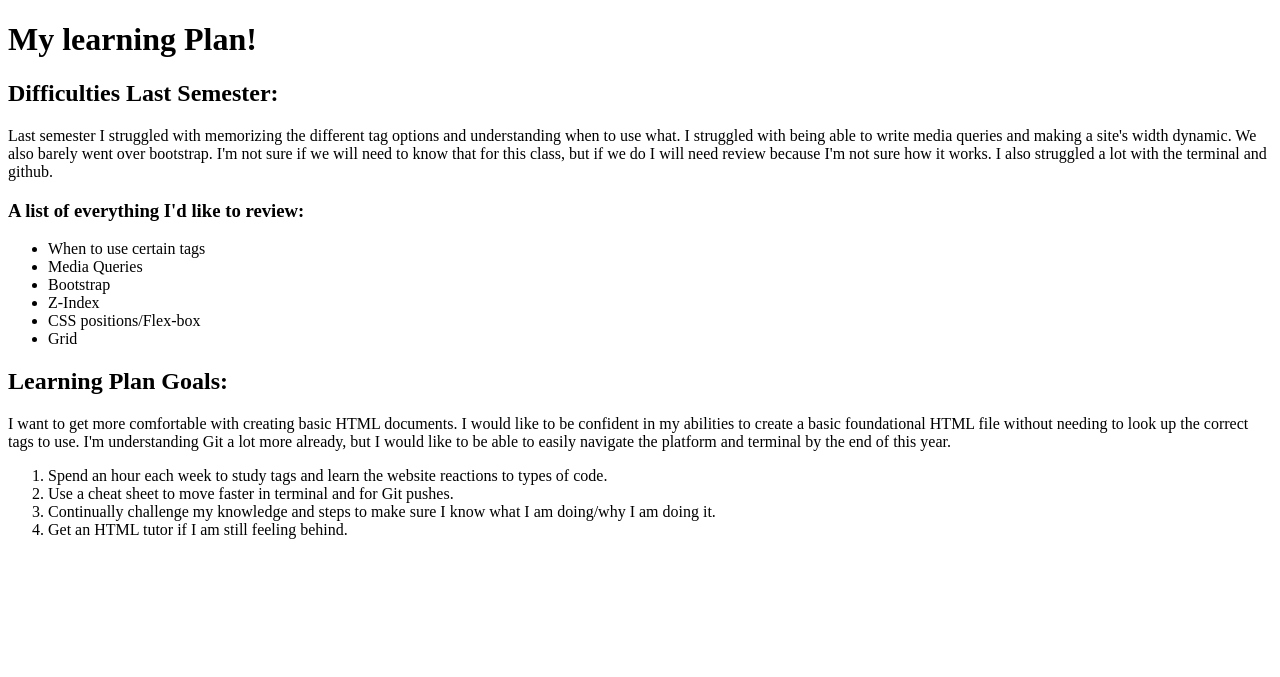
Repository: awollf/mdia-2109
Page: learning-plan.html
These files come from the project's save history. The page is drawn as it stood at one moment and after the next save; the edit follows.
The browser window is 1280 px wide. The pictures show the whole page.

Above is the page before, as saved 2026-01-26 12:05:48.

### learning-plan.html
<!DOCTYPE html>
<html lang="en">
<head>
    <meta charset="UTF-8">
    <meta name="viewport" content="width=device-width, initial-scale=1.0">
    <title>Learning Plan</title>
</head>
<body>
    <h1>My learning Plan!</h1>

    <h2>Difficulties Last Semester:</h2>
    <p>Last semester I struggled with memorizing the different tag options and understanding when to use what.
        I struggled with being able to write media queries and making a site's width dynamic.
        We also barely went over bootstrap. I'm not sure if we will need to know that for this class, but if we do
        I will need review because I'm not sure how it works. I also struggled a lot with the terminal and github.
    </p>

    <h3>A list of everything I'd like to review:</h3>
    <ul>
        <li>When to use certain tags</li>
        <li>Media Queries</li>
        <li>Bootstrap</li>
        <li>Z-Index</li>
        <li>CSS positions/Flex-box</li>
        <li>Grid</li>
    </ul>

    <h2>Learning Plan Goals:</h2>
    <p>I want to get more comfortable with creating basic HTML documents. I would like to be confident in my abilities
    to create a basic foundational HTML file without needing to look up the correct tags to use. I'm understanding Git a lot more already,
    but I would like to be able to easily navigate the platform and terminal by the end of this year. </p>

    <ol>
        <li>Spend an hour each week to study tags and learn the website reactions to types of code.</li>
        <li>Use a cheat sheet to move faster in terminal and for Git pushes.</li>
        <li>Continually challenge my knowledge and steps to make sure I know what I am doing/why I am doing it.</li>
        <li>Get an HTML tutor if I am still feeling behind.</li>
    </ol>

</body>
</html>

After the next save:
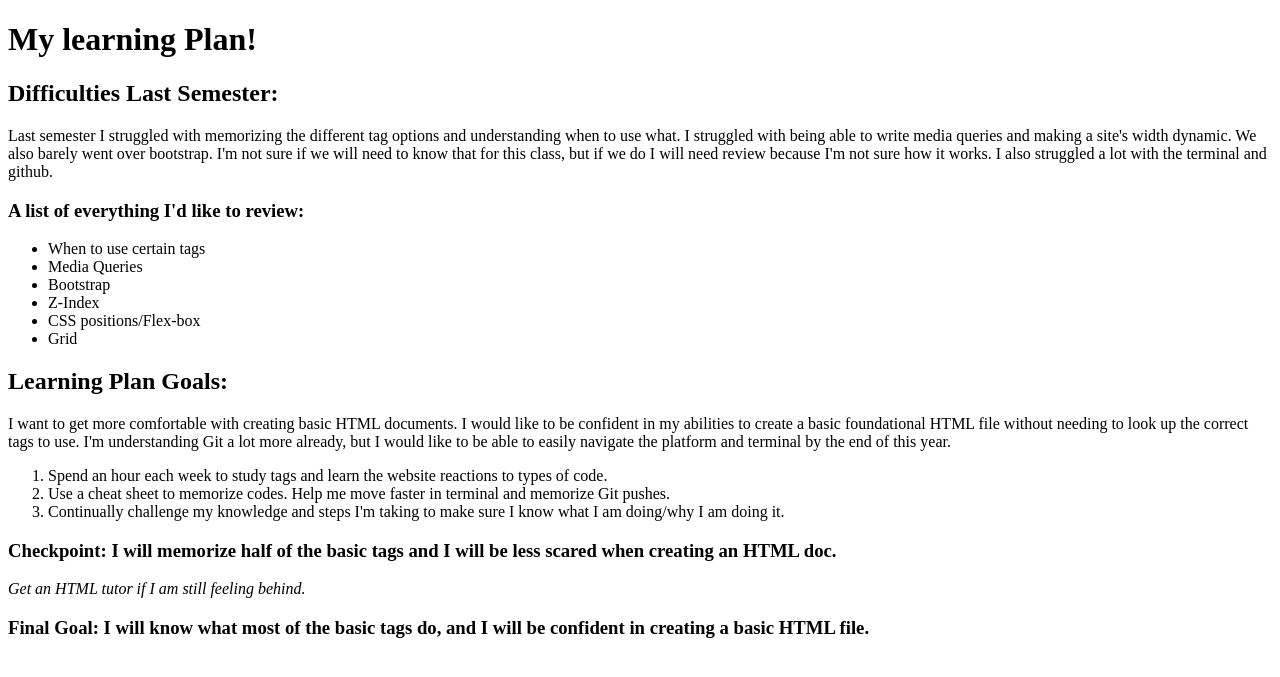
Saved 7 min 35 s later.
--- a/learning-plan.html
+++ b/learning-plan.html
@@ -32,10 +32,14 @@
 
     <ol>
         <li>Spend an hour each week to study tags and learn the website reactions to types of code.</li>
-        <li>Use a cheat sheet to move faster in terminal and for Git pushes.</li>
-        <li>Continually challenge my knowledge and steps to make sure I know what I am doing/why I am doing it.</li>
-        <li>Get an HTML tutor if I am still feeling behind.</li>
+        <li>Use a cheat sheet to memorize codes. Help me move faster in terminal and memorize Git pushes.</li>
+        <li>Continually challenge my knowledge and steps I'm taking to make sure I know what I am doing/why I am doing it.</li>
     </ol>
+
+    <h3>Checkpoint: I will memorize half of the basic tags and I will be less scared when creating an HTML doc.</h3>
+    <em>Get an HTML tutor if I am still feeling behind.</em>
+
+    <h3>Final Goal: I will know what most of the basic tags do, and I will be confident in creating a basic HTML file.</h3>
 
 </body>
 </html>
